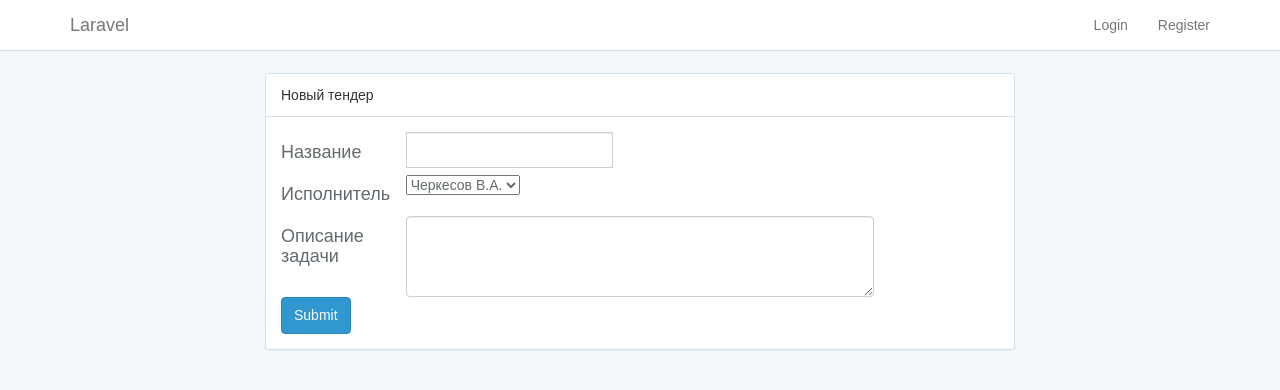
Repository: blackjack043/laravel-crud
Page: http://localhost/page2
The author's editor kept a copy of each file at every save. The page is drawn from the files as they stood at one save, then again after the next save.
The browser window is 1280 px wide. The pictures show the whole page.
Some web fonts or font styles are not loaded; a fallback is used. The page is served by the project's Laravel application, run on PHP 8.4 with Laravel 8.

Above is the page before, as saved 2022-03-06 20:52:27.

After the next save:
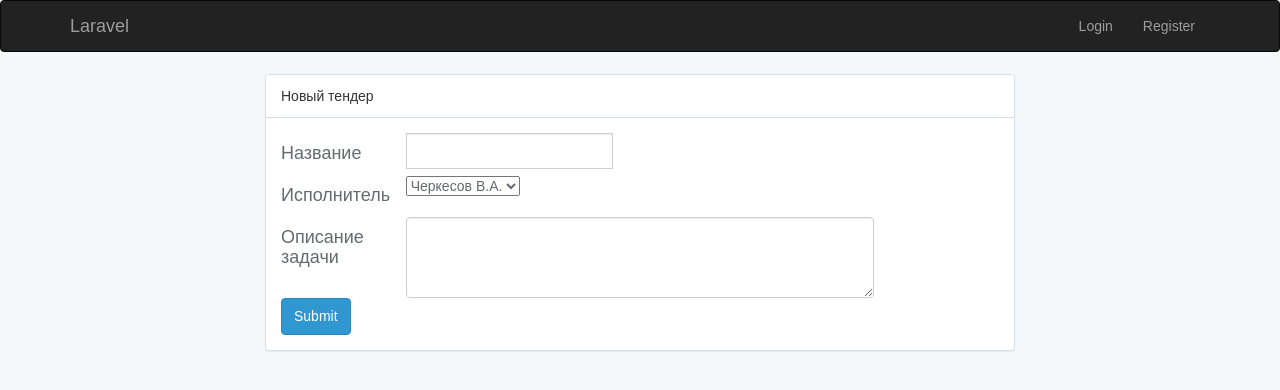
Saved 20 s later.
--- a/resources/views/page2.blade.php
+++ b/resources/views/page2.blade.php
@@ -1,4 +1,4 @@
-@extends('layouts.app')
+@extends('layouts.app2')
 
 @section('content')
 <div class="container">
